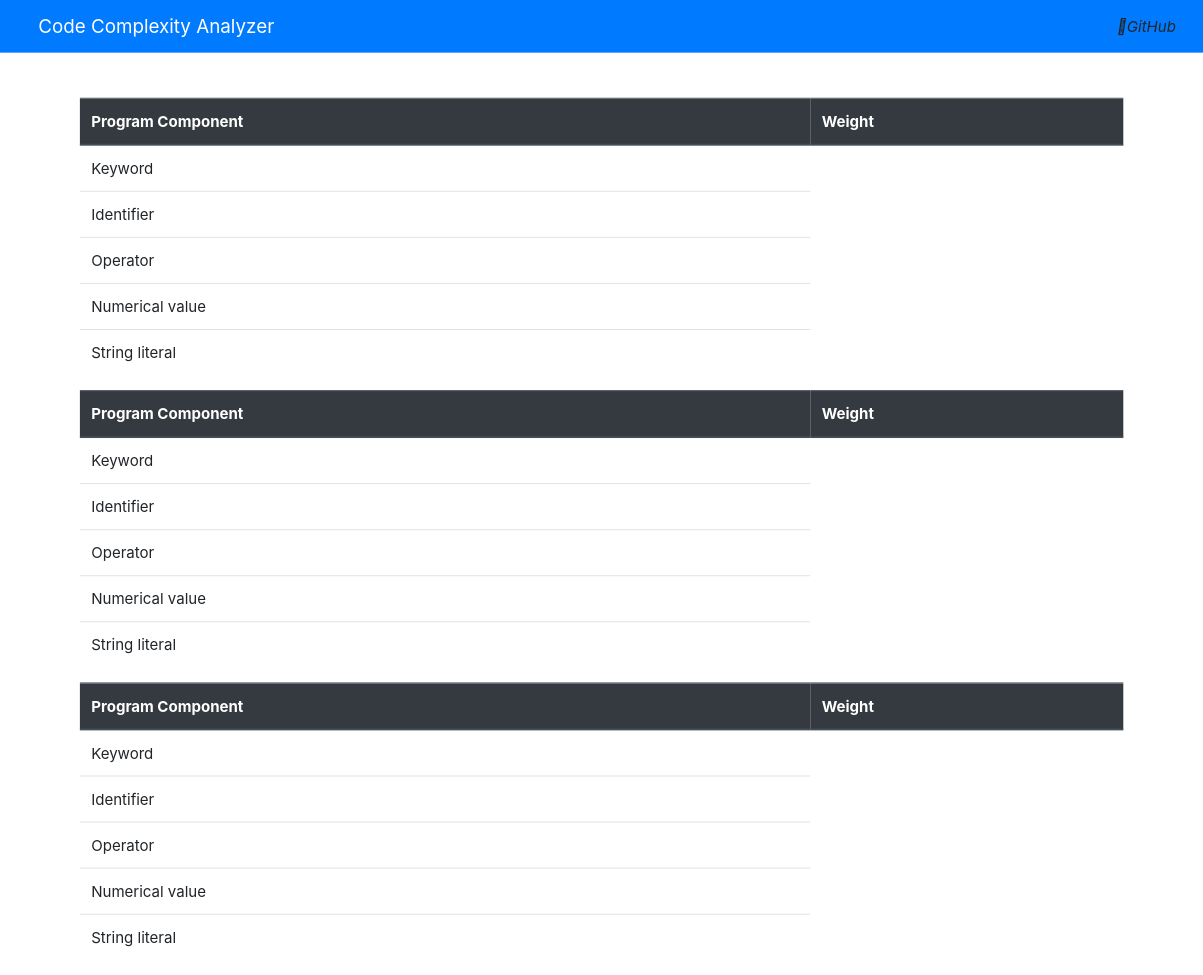
Repository: DinuwanB/Code-Complexity-Analyzer
Page: http://localhost/ITPM/Weight.jsp
These files come from the project's save history. The page is drawn as it stood at one moment and after the next save; the edit follows.
The browser window is 1280 px wide. The pictures show the whole page, at 94% of full size.
The page is served by Tomcat 9. Other server files are loaded and not shown.

Above is the page before, as saved 2020-05-21 12:59:29.

### ITPM/src/main/webapp/Weight.jsp
<%@ page language="java" contentType="text/html; charset=ISO-8859-1"
    pageEncoding="ISO-8859-1"%>
<!DOCTYPE html>
<html>
<head>
<meta charset="ISO-8859-1">
<title>Weight</title>
<link rel="stylesheet"
	href="https://stackpath.bootstrapcdn.com/bootstrap/4.4.1/css/bootstrap.min.css"
	integrity="sha384-Vkoo8x4CGsO3+Hhxv8T/Q5PaXtkKtu6ug5TOeNV6gBiFeWPGFN9MuhOf23Q9Ifjh"
	crossorigin="anonymous">
<link
	href="https://stackpath.bootstrapcdn.com/font-awesome/4.7.0/css/font-awesome.min.css"
	rel="stylesheet"
	integrity="sha384-wvfXpqpZZVQGK6TAh5PVlGOfQNHSoD2xbE+QkPxCAFlNEevoEH3Sl0sibVcOQVnN"
	crossorigin="anonymous">
</head>
<body>
<nav class="navbar navbar-dark bg-primary">
		<div class="container">
			<a class="navbar-brand" href="#">Code Complexity Analyzer</a>
		</div>
		<button class="btn btn" type="submit" id="inputGroupFileAddon04">
			<i class="fab fa-github-square">GitHub</i>
		</button>

	</nav>
	<br>
	<br>
	<form action="upload" method="POST" enctype="multipart/form-data">
			<div class="container">
	<table class="table">
  <thead class="thead-dark">
    <tr>
      <th scope="col">Program Component</th>
      <th scope="col">Weight</th>
    </tr>
  </thead>
  <tbody>
    <tr>
      <td>Keyword</td>
    </tr>
    <tr>
     <td>Identifier</td>
    </tr>
  	<tr>
  	 <td>Operator</td>
  	</tr>
  	<tr>
  	<td>Numerical value</td>
    </tr>
    <tr>
    <td>String literal</td>
    </tr>
  </tbody>
</table>
<table class="table">
  <thead class="thead-dark">
    <tr>
      <th scope="col">Program Component</th>
      <th scope="col">Weight</th>
    </tr>
  </thead>
  <tbody>
    <tr>
      <td>Keyword</td>
    </tr>
    <tr>
     <td>Identifier</td>
    </tr>
  	<tr>
  	 <td>Operator</td>
  	</tr>
  	<tr>
  	<td>Numerical value</td>
    </tr>
    <tr>
    <td>String literal</td>
    </tr>
  </tbody>
</table>
<table class="table">
  <thead class="thead-dark">
    <tr>
      <th scope="col">Program Component</th>
      <th scope="col">Weight</th>
    </tr>
  </thead>
  <tbody>
    <tr>
      <td>Keyword</td>
    </tr>
    <tr>
     <td>Identifier</td>
    </tr>
  	<tr>
  	 <td>Operator</td>
  	</tr>
  	<tr>
  	<td>Numerical value</td>
    </tr>
    <tr>
    <td>String literal</td>
    </tr>
  </tbody>
</table>
</div>
		</form>
</body>
</html>

After the next save:
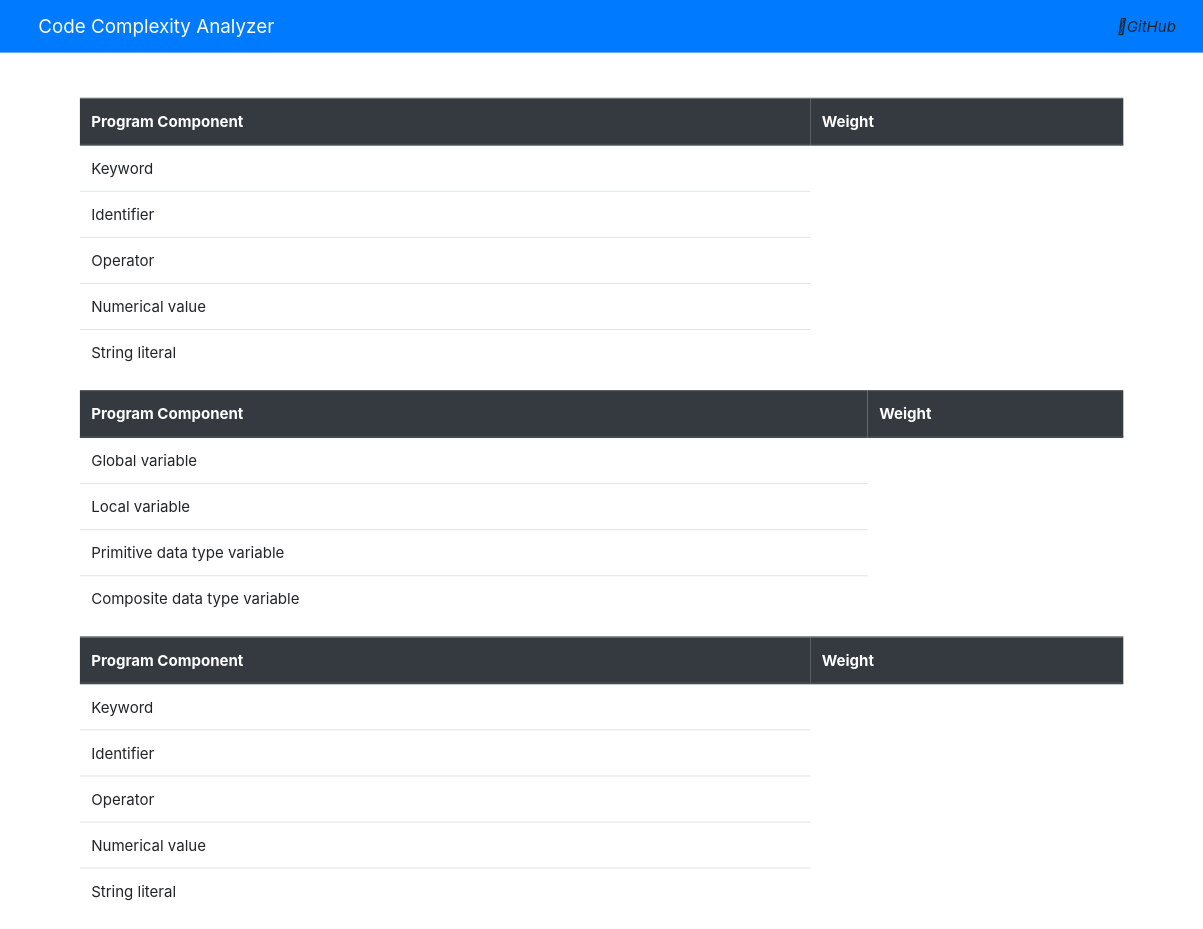
Saved 21 min 58 s later.
--- a/ITPM/src/main/webapp/Weight.jsp
+++ b/ITPM/src/main/webapp/Weight.jsp
@@ -63,19 +63,16 @@
   </thead>
   <tbody>
     <tr>
-      <td>Keyword</td>
+      <td>Global variable</td>
     </tr>
     <tr>
-     <td>Identifier</td>
+     <td>Local variable</td>
     </tr>
   	<tr>
-  	 <td>Operator</td>
+  	 <td>Primitive data type variable</td>
   	</tr>
   	<tr>
-  	<td>Numerical value</td>
-    </tr>
-    <tr>
-    <td>String literal</td>
+  	<td>Composite data type variable</td>
     </tr>
   </tbody>
 </table>
